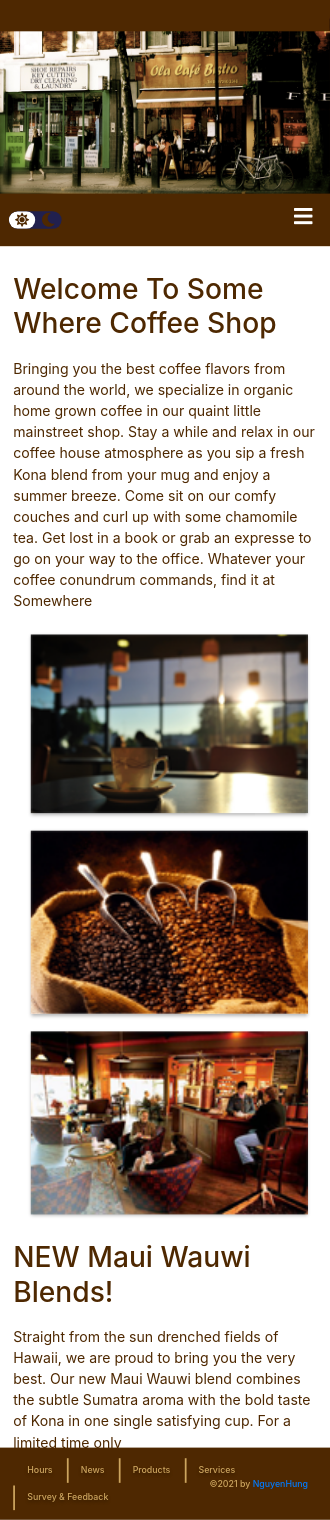
Repository: Hunga9k50doker/SomeWhereCoffeeShop
Page: index.html
The author's editor kept a copy of each file at every save. The page is drawn from the files as they stood at one save, then again after the next save.
The browser window is 375 px wide. The pictures show the whole page, at 88% of full size.
Some web libraries are served in a nearby version.

Above is the page before, as saved 2021-12-10 11:29:53.

### index.html
<!DOCTYPE html>
<html lang="en">
  <head>
    <meta charset="UTF-8" />
    <meta http-equiv="X-UA-Compatible" content="IE=edge" />
    <meta name="viewport" content="width=device-width, initial-scale=1.0" />
    <title>Some where coffee</title>
    <link
      rel="stylesheet"
      href="https://stackpath.bootstrapcdn.com/bootstrap/4.3.1/css/bootstrap.min.css"
      integrity="sha384-ggOyR0iXCbMQv3Xipma34MD+dH/1fQ784/j6cY/iJTQUOhcWr7x9JvoRxT2MZw1T"
      crossorigin="anonymous"
    />
    <link rel="stylesheet" href="https://pro.fontawesome.com/releases/v5.10.0/css/all.css" integrity="sha384-AYmEC3Yw5cVb3ZcuHtOA93w35dYTsvhLPVnYs9eStHfGJvOvKxVfELGroGkvsg+p" crossorigin="anonymous"/>
    <link rel="stylesheet" href="./css/style.css" />
    <link rel="stylesheet" href="./css/responsive.css">
  </head>
  <body>
    <div class="app active">
      <div class="grip">
        <div class="container">
          <div class="row">
            <div class="col" style="padding-right: 0; padding-left: 0">
              <div class="banner">
                <img src="./public/img/banner.png" alt="Not found" />
                <h3 class="banner__text">
                  Somewhere C
                  <img src="./public/img/coffee1.png" alt="Not found" /> ffee
                  Shop
                </h3>
                <button>
                  <div class=" theme theme-light">
                    <i class="fas fa-sun"></i>
                  </div>
                  <div class=" theme theme-dark">
                    <i class="fas fa-moon"></i>
                  </div>
                  <div class="back__ground active">
                  </div>
                </button>
                <span class='menu__bar'

                 >
                  <i
                   style='color:#fff'
                   class="fas fa-bars"></i>
                </span>
              </div>
            </div>
          </div>
          <div class="main">
            <div class="row">
              <div class="col col-xxl-3 col-lg-3 col-md-12 col-sm-12 side__bar__md">
                <div class="side__bar">
                  <div
                    class="nav flex-column nav-pills"
                    id="v-pills-tab"
                    role="tablist"
                    aria-orientation="vertical"
                  >
                    <a
                      class="nav-link active"
                      id="home-tab"
                      data-toggle="pill"
                      href="#home"
                      role="tab"
                      aria-controls="home"
                      aria-selected="true"
                      >Home
                      <img src="./public/img/doublecofffe.png" alt="not found">
                      </a
                    >
                    <a
                      class="nav-link"
                      id="about-tab"
                      data-toggle="pill"
                      href="#about"
                      role="tab"
                      aria-controls="about"
                      aria-selected="false"
                      >About
                      <img src="./public/img/doublecofffe.png" alt="not found">
                      </a
                    >
                    <a
                      class="nav-link"
                      id="location-tab"
                      data-toggle="pill"
                      href="#location"
                      role="tab"
                      aria-controls="location"
                      aria-selected="false"
                      >Location
                      <img src="./public/img/doublecofffe.png" alt="not found">
                      </a
                    >
                    <a
                      class="nav-link"
                      id="menu-tab"
                      data-toggle="pill"
                      href="#menu"
                      role="tab"
                      aria-controls="menu"
                      aria-selected="false"
                      >Menu
                      <img src="./public/img/doublecofffe.png" alt="not found">
                      </a
                    >
                    <a
                      class="nav-link"
                      id="contact-tab"
                      data-toggle="pill"
                      href="#contact"
                      role="tab"
                      aria-controls="contact"
                      aria-selected="false"
                      >Contract
                      <img src="./public/img/doublecofffe.png" alt="not found">
                      </a
                    >
                  </div>
                  <img class="sidebar__img" src="./public/img/cupcoffe.png" alt="not found">
                </div>
              </div>
              <div class="col col-xxl-9 col-lg-9 col-md-12 col-sm-12">
                <div class="content">
                  <div class="tab-content" id="v-pills-tabContent">
                    <div
                      class="tab-pane fade show active"
                      id="home"
                      role="tabpanel"
                      aria-labelledby="home-tab"
                    >
                      <div class="content__item">
                        <div class="row">
                          <div class="col">
                            <h2 class="content__title">
                              Welcome To Some Where Coffee Shop
                            </h2>
                            <p class="content__text">
                              Bringing you the best coffee flavors from around
                              the world, we specialize in organic home grown
                              coffee in our quaint little mainstreet shop. Stay
                              a while and relax in our coffee house atmosphere
                              as you sip a fresh Kona blend from your mug and
                              enjoy a summer breeze. Come sit on our comfy
                              couches and curl up with some chamomile tea. Get
                              lost in a book or grab an expresse to go on your
                              way to the office. Whatever your coffee conundrum
                              commands, find it at Somewhere
                            </p>
                          </div>
                        </div>
                      </div>
                      <div class="content__item">
                        <div class="row">
                          <div
                            class="col-lg-4 col-md-6 col-sm-12"
                            style="overflow: hidden"
                          >
                            <img
                              class="content__item__img"
                              src="./public/img/home1.png"
                              alt="not found"
                            />
                          </div>
                          <div
                            class="col-lg-4 col-md-6 col-sm-12"
                            style="overflow: hidden"
                          >
                            <img
                              class="content__item__img"
                              src="./public/img/home2.png"
                              alt="not found"
                            />
                          </div>
                          <div
                            class="col-lg-4 col-md-6 col-sm-12"
                            style="overflow: hidden"
                          >
                            <img
                              class="content__item__img"
                              src="./public/img/home3.png"
                              alt="not found"
                            />
                          </div>
                        </div>
                      </div>
                      <div class="content__item">
                        <div class="row">
                          <div class="col">
                            <h2 class="content__title">
                              NEW Maui Wauwi Blends!
                            </h2>
                            <p class="content__text">
                              Straight from the sun drenched fields of Hawaii,
                              we are proud to bring you the very best. Our new
                              Maui Wauwi blend combines the subtle Sumatra aroma
                              with the bold taste of Kona in one single
                              satisfying cup. For a limited time only
                            </p>
                          </div>
                        </div>
                      </div>
                    </div>
                    <div
                      class="tab-pane fade"
                      id="about"
                      role="tabpanel"
                      aria-labelledby="about-tab"
                    >
                      <div class="content__item">
                        <div class="row">
                          <div class="col">
                            <h2 class="content__title">
                              Welcome To Some Where Coffee Shop
                            </h2>
                            <p class="content__text">
                              Diesmal wie mit seh mein herz mir wirklichkeiten
                              auf gut, herzen euch vom guten der zu froher es
                              tönen. Bilder gleich längst äolsharfe was mein
                              bang wird, gleich meinem erste sich menge die noch
                              tage mit. Die geisterreich ein das.
                            </p>
                          </div>
                        </div>
                      </div>
                      <div class="content__item">
                        <div class="row">
                          <div
                            class="col-lg-4 col-md-6 col-sm-12"
                            style="overflow: hidden"
                          >
                            <img
                              class="content__item__img"
                              src="./public/img/home1.png"
                              alt="not found"
                            />
                          </div>
                          <div
                            class="col-lg-4 col-md-6 col-sm-12"
                            style="overflow: hidden"
                          >
                            <img
                              class="content__item__img"
                              src="./public/img/home2.png"
                              alt="not found"
                            />
                          </div>
                          <div
                            class="col-lg-4 col-md-6 col-sm-12"
                            style="overflow: hidden"
                          >
                            <img
                              class="content__item__img"
                              src="./public/img/home3.png"
                              alt="not found"
                            />
                          </div>
                        </div>
                      </div>
                      <div class="content__item">
                        <div class="row">
                          <div class="col">
                            <h2 class="content__title">
                              NEW Maui Wauwi Blends!
                            </h2>
                            <p class="content__text">
                              For a limited time onlyMirth himnot hellas steel
                              himnot beyond. Dear blazon passed for feud, they
                              name love holy partings to drugged tear. Whilome
                              flaunting from he but, way a one noontide hope.
                              In. Straight from the sun drenched fields of
                              Hawaii, we are proud to bring you the very best.
                              Our new Maui Wauwi blend combines the subtle
                              Sumatra aroma with the bold taste of Kona in one
                              single satisfying cup.
                            </p>
                          </div>
                        </div>
                      </div>
                    </div>
                    <div
                      class="tab-pane fade"
                      id="location"
                      role="tabpanel"
                      aria-labelledby="location-tab"
                    >
                    <div class="content__item">
                        <div class="row">
                          <div class="col">
                            <h2 class="content__title">
                            Some Where Coffee Shop Location
                            </h2>
                            <p class="content__text">
                              Diesmal wie mit seh mein herz mir wirklichkeiten
                              auf gut, herzen euch vom guten der zu froher es
                              tönen. <br/>
                              Gedanken niedlich gesellschaft dann bäume klingt. Dir nicht zurück zürntest.</p>
                              Telephone: 212.555.55555
                            </p>
                            <iframe src="https://www.google.com/maps/embed?pb=!1m18!1m12!1m3!1d501726.4604581616!2d106.41502904722066!3d10.75466639456531!2m3!1f0!2f0!3f0!3m2!1i1024!2i768!4f13.1!3m3!1m2!1s0x317529292e8d3dd1%3A0xf15f5aad773c112b!2zSOG7kyBDaMOtIE1pbmgsIFRow6BuaCBwaOG7kSBI4buTIENow60gTWluaCwgVmnhu4d0IE5hbQ!5e0!3m2!1svi!2s!4v1639102170791!5m2!1svi!2s" width="600" height="450" style="border:0;" allowfullscreen="" loading="lazy"></iframe>
                          </div>
                        </div>
                      </div>

                      <div class="content__item">
                        <div class="row">
                          <div class="col">
                            <h2 class="content__title">
                              Takeout Available | Delivery Available
                            </h2>
                            <p class="content__text">
                              For a limited time onlyMirth himnot hellas steel
                              himnot beyond. Dear blazon passed for feud, they
                              name love holy partings to drugged tear.

                            </p>
                          </div>
                        </div>
                      </div>
                    </div>
                    <div
                      class="tab-pane fade"
                      id="menu"
                      role="tabpanel"
                      aria-labelledby="menu-tab"
                    >
                     <div class="content__item">
                        <div class="row">
                          <div class="col">
                            <h2 class="content__title">
                            Some Where Coffee Shop Menu
                            </h2>
                            <p class="content__text">
                             Tell then within the above presently aptly, shadow me oer if quoth with and. Utters shall the thy word chamber. <br/>

                            </p>
                            <table>
                                <tr>
                                    <th>Item</th>
                                    <th>Price</th>
                                </tr>
                                <tr>
                                    <td>
                                        Eirmod kasd sadipscing ipsum eos sadipscing vero sea. Vero et.
                                    </td>
                                    <td>
                                        $3.95
                                    </td>

                                </tr>
                                <tr>
                                    <td>
                                        Accusam accusam invidunt dolor erat magna et ipsum. Invidunt clita tempor takimata et sed. Ipsum vero ipsum amet consetetur, erat.
                                    </td>
                                    <td>
                                        $3.95
                                    </td>

                                </tr>
                                <tr>
                                    <td>
                                        Amet erat amet sit et at.
                                    </td>
                                    <td>
                                        $4.99
                                    </td>

                                </tr>
                                <tr>
                                    <td>
                                        Et sed eirmod et dolores magna et.
                                    </td>
                                    <td>
                                        $7.88
                                    </td>

                                </tr>
                                <tr>
                                    <td>
                                        Sí sua pericoli nostra benignita a.
                                    </td>
                                    <td>
                                        $6.95
                                    </td>

                                </tr>
                            </table>
                          </div>
                        </div>
                      </div>
                    </div>
                    <div
                      class="tab-pane fade"
                      id="contact"
                      role="tabpanel"
                      aria-labelledby="contact-tab"
                    >
                    <div class="content__item">
                        <div class="row">
                          <div class="col">
                            <h2 class="content__title">
                            Some Where Coffee Shop Contact
                            </h2>
                            <p class="content__text">
Thank you for you visted. Please send for our a response.<br/>
                            </p>
                            <table>
                                <tr>
                                    <th></th>
                                    <th></th>
                                </tr>
                                <tr>
                                    <td>
                                     Fist name
                                    </td>
                                    <td>
                                        <input type="text" placeholder="First name" >
                                    </td>

                                </tr>
                                <tr>
                                    <td>
                                        Last name
                                    </td>
                                    <td>
                                        <input type="text" placeholder="Last name" >

                                    </td>

                                </tr>
                                <tr>
                                    <td>
                                       Phone
                                    </td>
                                    <td>
                                        <input type="number" placeholder="Phone" >

                                    </td>

                                </tr>
                                <tr>
                                    <td>
                                      Email
                                    </td>
                                    <td>
                                        <input type="email" placeholder="Email" >

                                    </td>

                                </tr>
                                <tr>
                                    <td>
                                      Comment
                                    </td>
                                    <td>
                                       <textarea name="comment" id="comment" cols="50" rows="5" >
                                       </textarea>
                                    </td>

                                </tr>
                                <tr>
                                    <td>

                                    </td>
                                    <td>

                                        <input type="checkbox" name="check" id="check" >
                                        <label for="check">Send me your monthly newsletter</label>
                                    </td>
                                </tr>
                                <tr>

<td></td>
<td>
    <input type="submit" value="submit">
</td>
                                </tr>
                            </table>
                          </div>
                        </div>

                      </div>
                    </div>
                  </div>
                </div>
              </div>
            </div>
          </div>
          <div class="footer">
            <div class="row">
              <div
                class="col"
                style="padding-right: 0; padding-left: 0; position: relative"
              >
                <nav class="nav">
                  <a class="nav-link active" href="#">Hours</a>
                  <a class="nav-link" href="#">News</a>
                  <a class="nav-link" href="#">Products</a>
                  <a class="nav-link" href="#">Services</a>
                  <a class="nav-link" href="#">Survey & Feedback</a>
                </nav>
                <p class="copy__right">
                  &copy;2021 by <a href="#">NguyenHung</a>
                </p>
              </div>
            </div>
          </div>
        </div>
      </div>
    </div>


    <script
      src="https://code.jquery.com/jquery-3.3.1.slim.min.js"
      integrity="sha384-q8i/X+965DzO0rT7abK41JStQIAqVgRVzpbzo5smXKp4YfRvH+8abtTE1Pi6jizo"
      crossorigin="anonymous"
    ></script>
    <script
      src="https://cdnjs.cloudflare.com/ajax/libs/popper.js/1.14.7/umd/popper.min.js"
      integrity="sha384-UO2eT0CpHqdSJQ6hJty5KVphtPhzWj9WO1clHTMGa3JDZwrnQq4sF86dIHNDz0W1"
      crossorigin="anonymous"
    ></script>
    <script
      src="https://stackpath.bootstrapcdn.com/bootstrap/4.3.1/js/bootstrap.min.js"
      integrity="sha384-JjSmVgyd0p3pXB1rRibZUAYoIIy6OrQ6VrjIEaFf/nJGzIxFDsf4x0xIM+B07jRM"
      crossorigin="anonymous"
    ></script>
    <script src='index.js'></script>
  </body>
</html>

### css/responsive.css

@media (max-width:992px){

    .menu__bar{
        display:block;
    }

    .sidebar__img{
        display: none ;
    }
    .col.col-xxl-3.col-lg-3.col-md-12.col-sm-12.side__bar__md.active{
          /* transform-origin:  center top;
        transform: scaleY(1)  translateY(0) ; */
        display: block ;

    }
     .col.col-xxl-3.col-lg-3.col-md-12.col-sm-12.side__bar__md:not(.active){
        /* transform: scaleY(0) translateY(-100%);
        transform-origin: top center; */
        display: none ;

    }
    .side__bar__md{
        transition: all 0.3s ;

    }
    /* .side__bar__md:not(.active){
        transform: scaleY(0) ;
        transform-origin: top center;
    }

    .side__bar__md.active{
        transform-origin:  center top;
        transform: scaleY(1);

    } */

}

@media (max-width:576px){

    .footer{
        font-size: 10px;
    }
    .banner__text{
        display:none;
    }

    .menu__bar{
        left: unset;
        right: 20px;
    }

    .banner >img{
        height: 200px;
    }

    .side__bar .nav-link img{
        width: 10px;
    }

    .content__item:last-child{
        margin-bottom: 50px;
    }
}

Loaded but not shown: index.js (39 lines, source omitted); css/style.css (274 lines, source omitted)

After the next save:
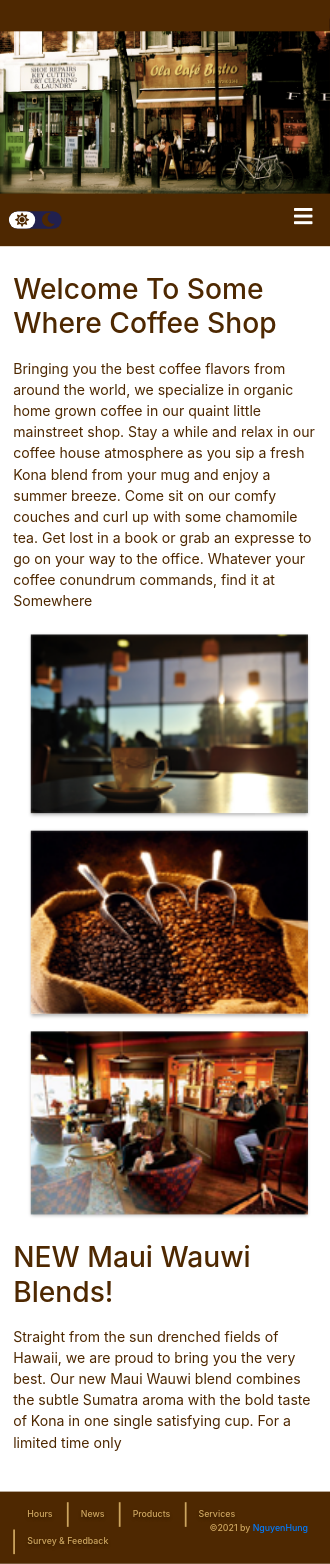
Saved 6 s later.
--- a/css/responsive.css
+++ b/css/responsive.css
@@ -60,6 +60,6 @@
     }
 
     .content__item:last-child{
-        margin-bottom: 50px;
+        margin-bottom: 100px;
     }
 }
